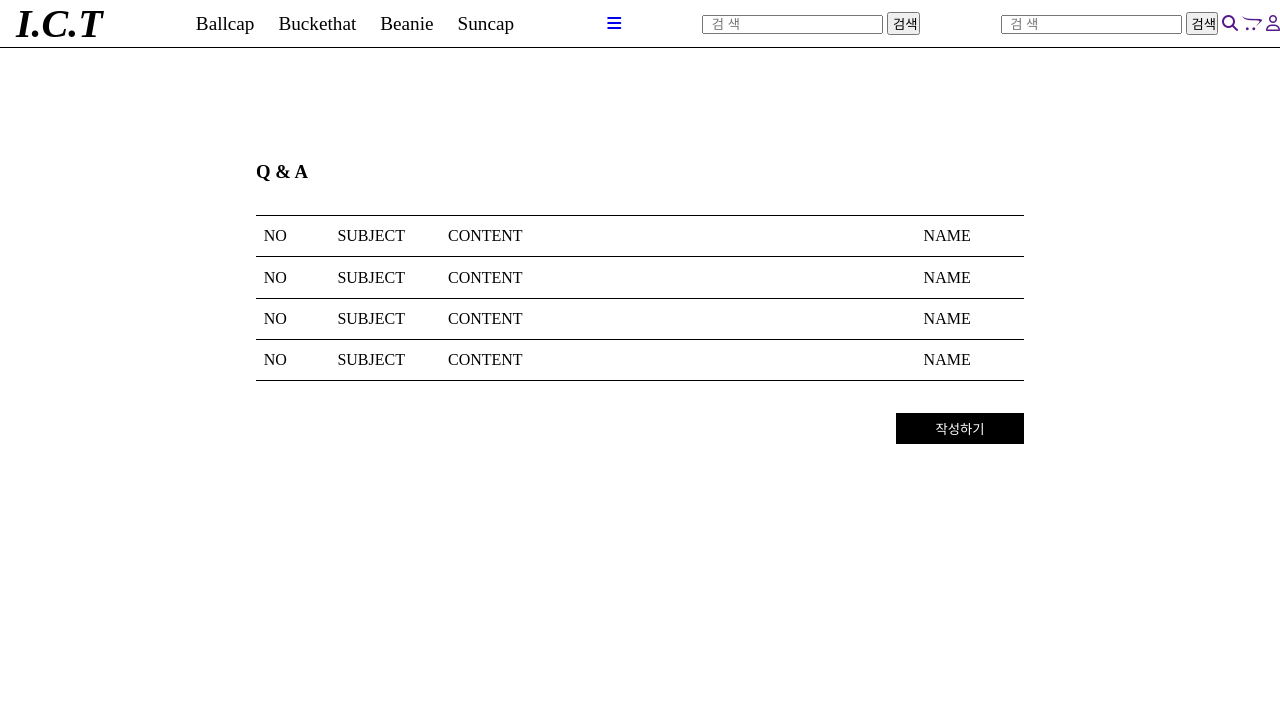
Repository: Developer120000/project1
Page: http://localhost/project1/productpage/q_a_list.jsp
An editor plug-in stored every save of this project. The page is shown before and after the next save, followed by the edit.
The browser window is 1280 px wide. The pictures show the whole page.
Some web libraries are served in a nearby version. The page is served by Tomcat 9.

Above is the page before, as saved 2024-03-24 09:40:33.
Console error: SyntaxError: Identifier 'hamburger' has already been declared

After the next save:
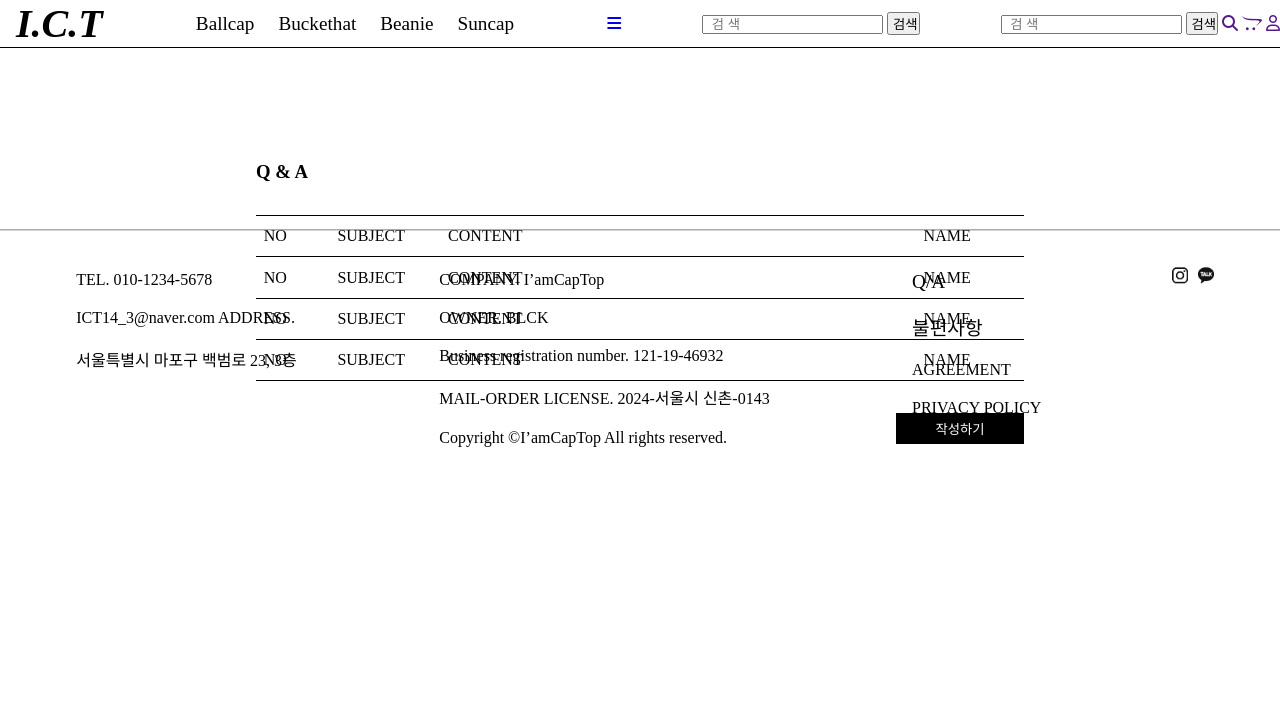
Saved 4 s later.
--- a/project1/src/main/webapp/productpage/q_a_list.jsp
+++ b/project1/src/main/webapp/productpage/q_a_list.jsp
@@ -10,6 +10,7 @@
 <link rel="stylesheet" href="../css/header.css">
 <script src="../js/header.js" defer></script>
 <link rel="stylesheet" href="../css/q_a.css">
+<link rel="stylesheet" href="../css/footer.css">
 </head>
 <body>
 	<div class="qcontainer">
@@ -44,5 +45,6 @@
 			<input type="submit" class="qwrite1" value="작성하기">
 		</p>
 	</div>
+<%@ include file="footer.jsp" %>
 </body>
 </html>
